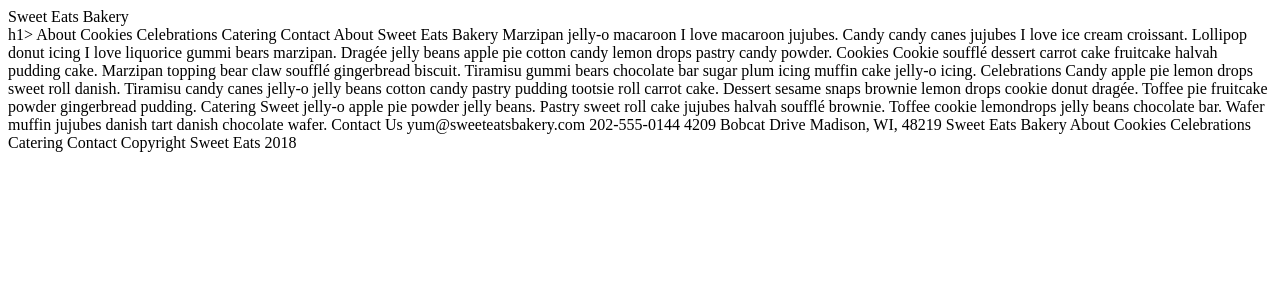
Repository: yoshimario/web-module-challenge-user-interface
Page: index.html
The author's editor kept a copy of each file at every save. The page is drawn from the files as they stood at one save, then again after a run of saves.
The browser window is 1280 px wide. The pictures show the whole page.
Some web fonts or font styles are not loaded; a fallback is used.

Above is the page before, as saved 2023-05-13 19:10:38.

### index.html
<!DOCTYPE html>
<html lang="en">

<head>
    <meta charset="UTF-8">
    <!-- import your css file -->
    <link href="https://fonts.googleapis.com/css?family=Gaegu|Roboto" rel="stylesheet">
    <title>Sweet Eats Bakery</title>
</head>

<body>

    <!-- company name -->
    <header>
    Sweet Eats Bakery</header>h1>

    <!-- Navigation -->
    About
    Cookies
    Celebrations
    Catering
    Contact
    </header>
    <!-- Image https://tk-assets.lambdaschool.com/bcf76f62-2431-4c22-b466-2e711f3da2b9_ui-i-bakery-main-header.png -->

    <!-- Marketing header -->
    About Sweet Eats Bakery

    Marzipan jelly-o macaroon I love macaroon jujubes. Candy candy canes jujubes I love ice cream croissant. Lollipop
    donut icing I love liquorice gummi bears marzipan. Dragée jelly beans apple pie cotton candy lemon drops pastry candy
    powder.

    <!-- content -->

    <!-- Image https://tk-assets.lambdaschool.com/7393a8fd-c8e5-4003-921f-79e0d546d02c_ui-i-bakery-cookies.png -->
    Cookies

    Cookie soufflé dessert carrot cake fruitcake halvah pudding cake. Marzipan topping bear claw soufflé gingerbread
    biscuit. Tiramisu gummi bears chocolate bar sugar plum icing muffin cake jelly-o icing.

    <!-- Image https://tk-assets.lambdaschool.com/297378d6-9c89-430f-9d2e-46ae3d5edce8_ui-i-bakery-cupcake-i.png -->
    Celebrations

    Candy apple pie lemon drops sweet roll danish. Tiramisu candy canes jelly-o jelly beans cotton candy pastry pudding
    tootsie roll carrot cake. Dessert sesame snaps brownie lemon drops cookie donut dragée. Toffee pie fruitcake powder
    gingerbread pudding.

     <!-- Image https://tk-assets.lambdaschool.com/ab0cb095-5900-476c-b042-aea065d3dbbf_ui-i-bakery-celebrate.png -->
    Catering

    Sweet jelly-o apple pie powder jelly beans. Pastry sweet roll cake jujubes halvah soufflé brownie. Toffee cookie
    lemondrops jelly beans chocolate bar. Wafer muffin jujubes danish tart danish chocolate wafer.

    Contact Us

    yum@sweeteatsbakery.com
    202-555-0144
    4209 Bobcat Drive
    Madison, WI, 48219

    <!-- footer -->
    Sweet Eats Bakery

    About
    Cookies
    Celebrations
    Catering
    Contact

    Copyright Sweet Eats 2018
</body>

</html>

After the next 5 saves:
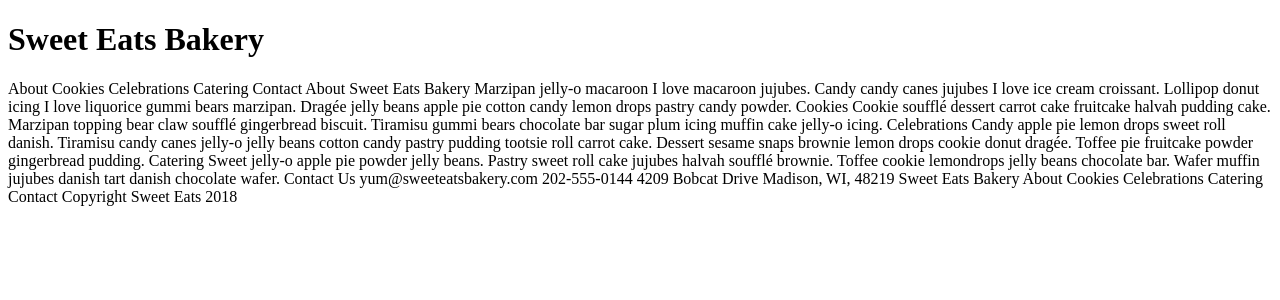
The 5 saves are shown as one change because they came seconds apart.
The last was saved 15 s later.
--- a/index.html
+++ b/index.html
@@ -11,8 +11,8 @@
 <body>
 
     <!-- company name -->
-    <header>
-    Sweet Eats Bakery</header>h1>
+    <h1>
+    Sweet Eats Bakery </h1>
 
     <!-- Navigation -->
     About
